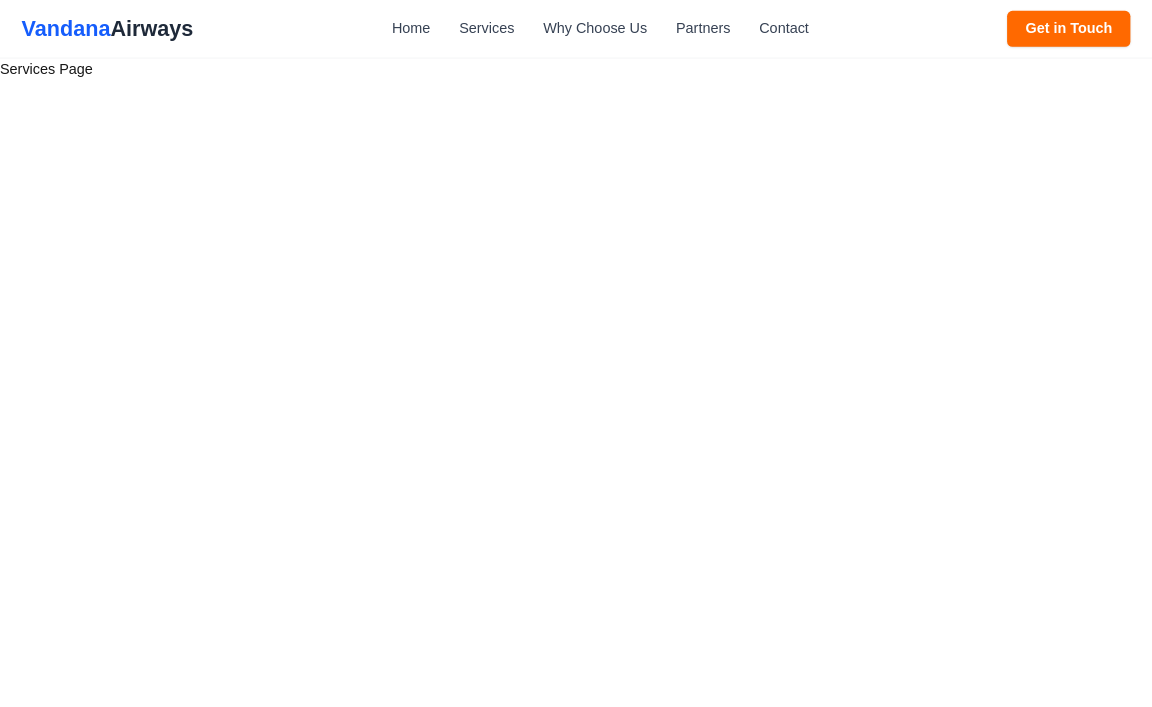
Repository: Rohit-foryou/Courier-Portfolio
Page: /services
An editor plug-in stored every save of this project. The page is shown before and after the next save, followed by the edit.
The browser window is 1280 px wide. The pictures show the whole page, at 90% of full size.
The project was rebuilt for these pictures with package versions that can differ from the ones it lists, and the page was loaded fresh each time. The framework's server and built-in components were replaced by stand-ins that run in the browser. Also part of the build but not shown: next.config.ts.

Above is the page before, as saved 2026-02-07 16:33:22.

### app/layout.tsx
import "./globals.css";
import Navbar from "../components/Navbar";

export const metadata = {
  title: "Courier Portfolio",
  description: "Courier & logistics service portfolio website",
};

export default function RootLayout({
  children,
}: {
  children: React.ReactNode;
}) {
  return (
    <html lang="en">
      <body>
        <Navbar />
        <main className="min-h-screen">{children}</main>
      </body>
    </html>
  );
}

### app/services/page.tsx
export default function ServicesPage() {
  return <h1>Services Page</h1>;
}

### components/Navbar.tsx
import Link from "next/link";

export default function Navbar() {
  return (
    <nav className="w-full bg-white border-b border-gray-100">
      <div className="max-w-7xl mx-auto px-6">
        <div className="flex items-center justify-between h-16">

          {/* Logo */}
          <div className="flex items-center">
            <span className="text-2xl font-bold text-blue-600">
              Vandana<span className="text-gray-800">Airways</span>
            </span>
          </div>

          {/* Navigation Links */}
          <div className="hidden md:flex items-center space-x-8 text-gray-700 font-medium">
            <Link href="/" className="hover:text-blue-600 transition">
              Home
            </Link>
            <Link href="/services" className="hover:text-blue-600 transition">
              Services
            </Link>
            <Link href="/why-choose-us" className="hover:text-blue-600 transition">
              Why Choose Us
            </Link>
            <Link href="/partners" className="hover:text-blue-600 transition">
              Partners
            </Link>
            <Link href="/contact" className="hover:text-blue-600 transition">
              Contact
            </Link>
          </div>

          {/* CTA Button */}
          <div className="flex items-center">
            <Link
              href="/contact"
              className="bg-orange-500 text-white px-5 py-2 rounded-md font-semibold hover:bg-orange-600 transition shadow-sm"
            >
              Get in Touch
            </Link>
          </div>
        </div>
      </div>
    </nav>
  );
}

### components/Fotter.tsx
import Link from "next/link";

export default function Footer() {
  return (
    <footer className="bg-gray-50 border-t border-gray-200">
      <div className="max-w-7xl mx-auto px-6 py-12">

        <div className="grid grid-cols-1 md:grid-cols-3 gap-8">

          {/* Brand / About */}
          <div>
            <h3 className="text-xl font-bold text-blue-600">
              Courier<span className="text-gray-800">Portfolio</span>
            </h3>
            <p className="mt-4 text-gray-600 text-sm">
              We act as a trusted middleman connecting customers with reliable
              courier partners, including India Post, to deliver fast and
              cost-effective logistics solutions.
            </p>
          </div>

          {/* Quick Links */}
          <div>
            <h4 className="text-lg font-semibold text-gray-900">
              Quick Links
            </h4>
            <ul className="mt-4 space-y-2 text-gray-600 text-sm">
              <li><Link href="/">Home</Link></li>
              <li><Link href="/services">Services</Link></li>
              <li><Link href="/why-choose-us">Why Choose Us</Link></li>
              <li><Link href="/partners">Partners</Link></li>
              <li><Link href="/contact">Contact</Link></li>
            </ul>
          </div>

          {/* Contact Info */}
          <div>
            <h4 className="text-lg font-semibold text-gray-900">
              Contact
            </h4>
            <ul className="mt-4 space-y-2 text-gray-600 text-sm">
              <li>📞 +91-XXXXXXXXXX</li>
              <li>✉️ contact@yourdomain.com</li>
              <li>📍 India</li>
            </ul>
          </div>

        </div>

        {/* Bottom Bar */}
        <div className="mt-10 border-t border-gray-200 pt-6 text-center text-sm text-gray-500">
          © {new Date().getFullYear()} Courier Portfolio. All rights reserved.
        </div>
      </div>
    </footer>
  );
}

Loaded but not shown: app/globals.css (common file)

After the next save:
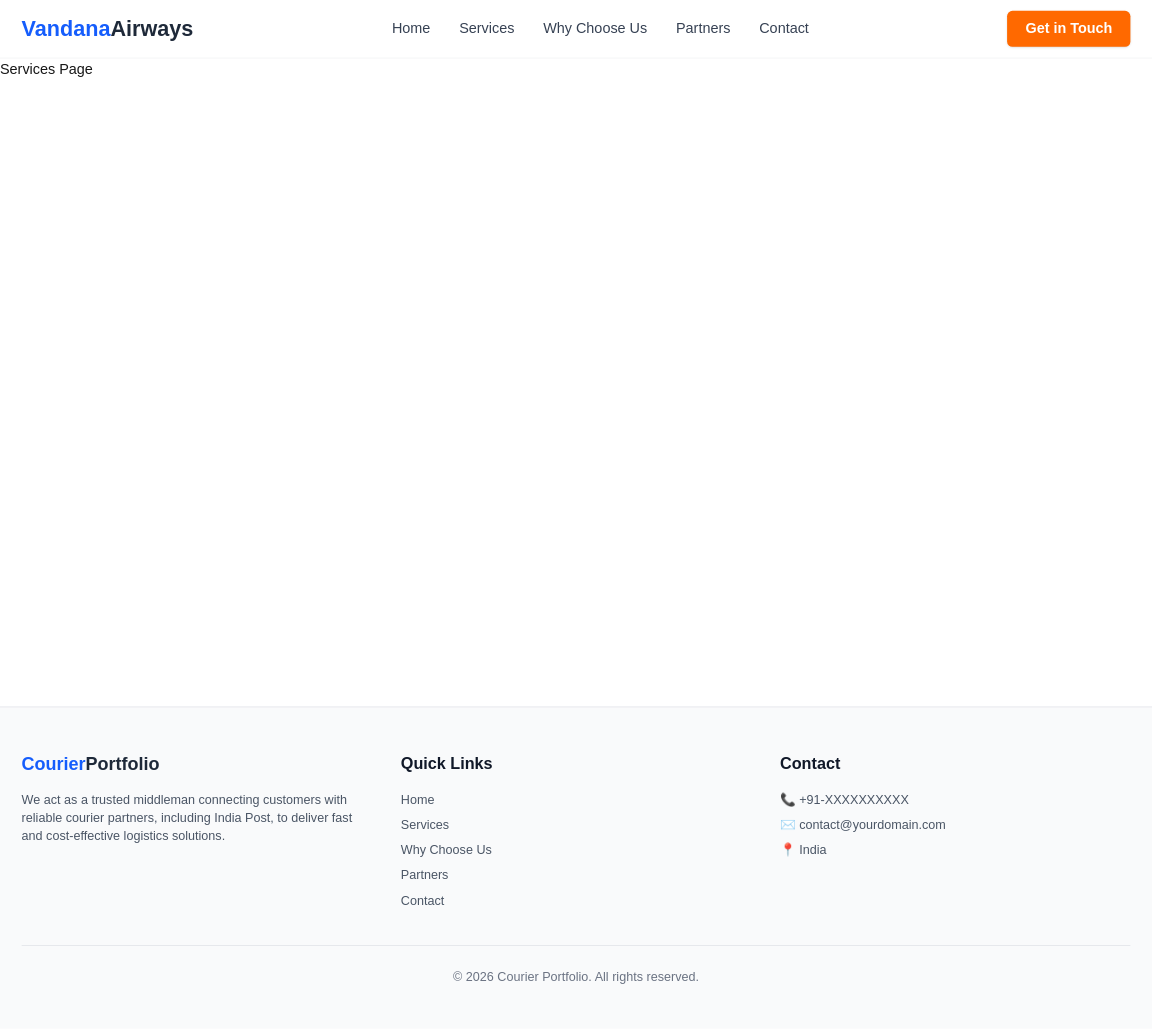
Saved 17 s later.
--- a/app/layout.tsx
+++ b/app/layout.tsx
@@ -1,5 +1,6 @@
 import "./globals.css";
 import Navbar from "../components/Navbar";
+import Footer from "../components/Fotter";
 
 export const metadata = {
   title: "Courier Portfolio",
@@ -16,6 +17,7 @@
       <body>
         <Navbar />
         <main className="min-h-screen">{children}</main>
+        <Footer />
       </body>
     </html>
   );
